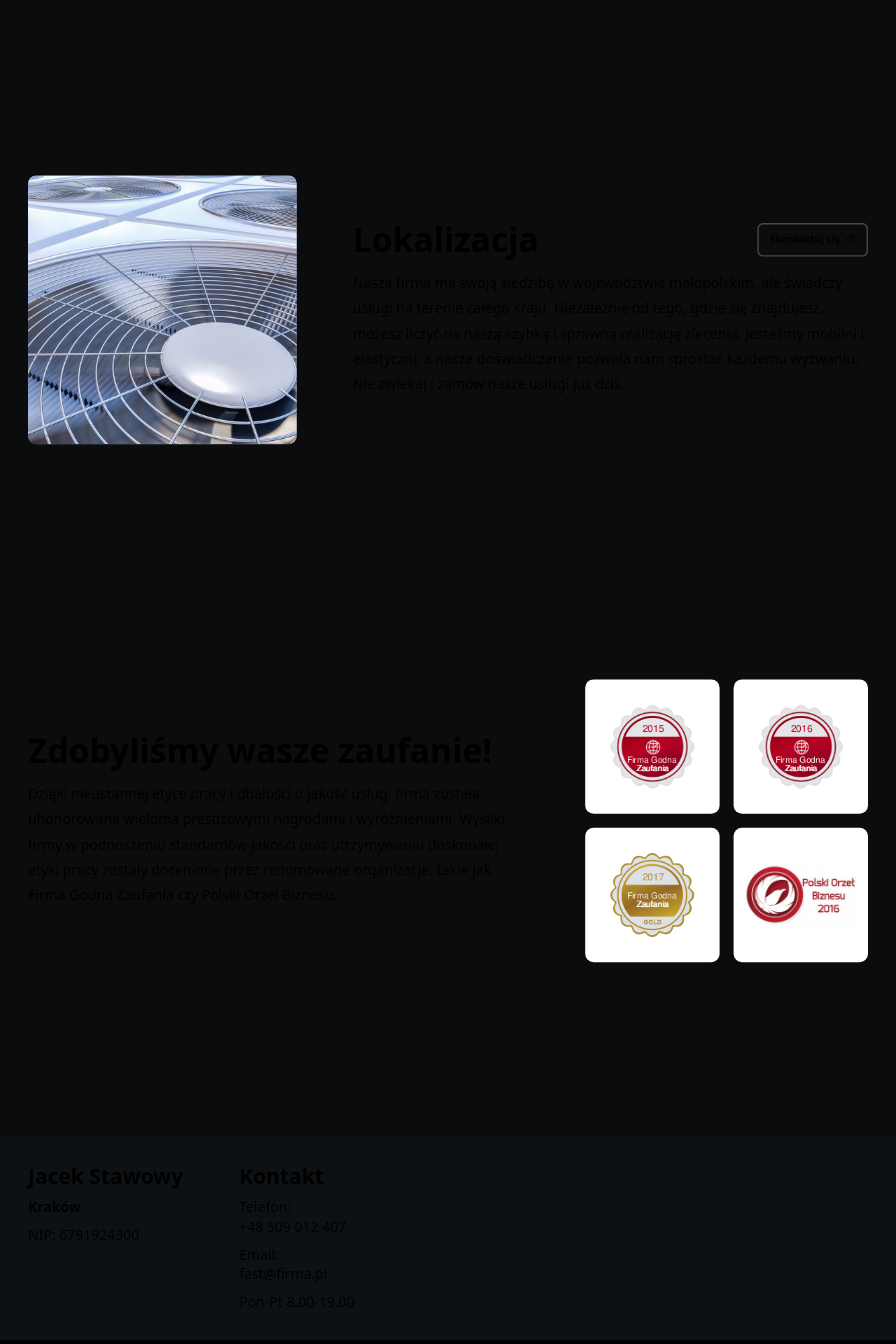
Repository: piotrokrutniak/Fast-CompanyWebsite
Page: /
An editor plug-in stored every save of this project. The page is shown before and after the next save, followed by the edit.
The browser window is 1280 px wide. The pictures show the part of the page from y = 1242 to 3162 px (the page is 3260 px tall before and 3388 px after), at 70% of full size.
The project was rebuilt for these pictures with package versions that can differ from the ones it lists, and the page was loaded fresh each time. The framework's server and built-in components were replaced by stand-ins that run in the browser. Also part of the build but not shown: next.config.js.

Above is the page before, as saved 2023-10-22 14:56:19.

After the next save:
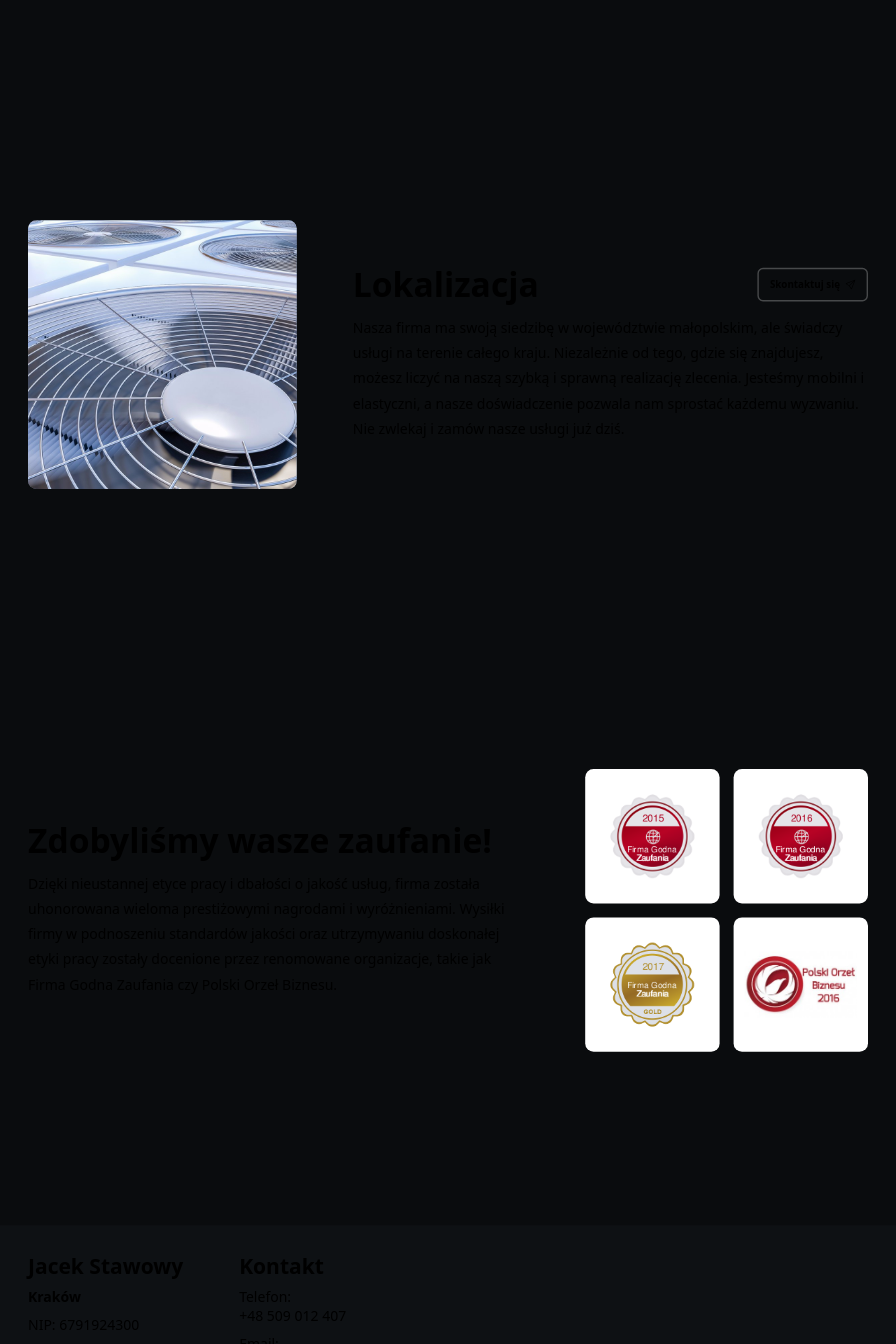
Saved 6 s later.
--- a/src/app/page.js
+++ b/src/app/page.js
@@ -23,7 +23,7 @@ export default function Home() {
   return (
     <>
     <CarouselSlider slides={slides}/>
-    <main className="min-h-screen flex flex-col">
+    <main className="min-h-screen flex flex-col gap-16">
       <div className="z-10 w-full items-center justify-between text-sm lg:flex p-10 max-xs:p-5">
         <div className='max-w-7xl m-auto flex gap-20 py-10 sm:py-32 align-middle h-full max-lg:flex-col-reverse flex-row-reverse max-lg:gap-10'>
           <div className='w-96 h-96 shrink-0 bg-slate-500 rounded-xl relative self-center max-lg:w-full overflow-clip'>
